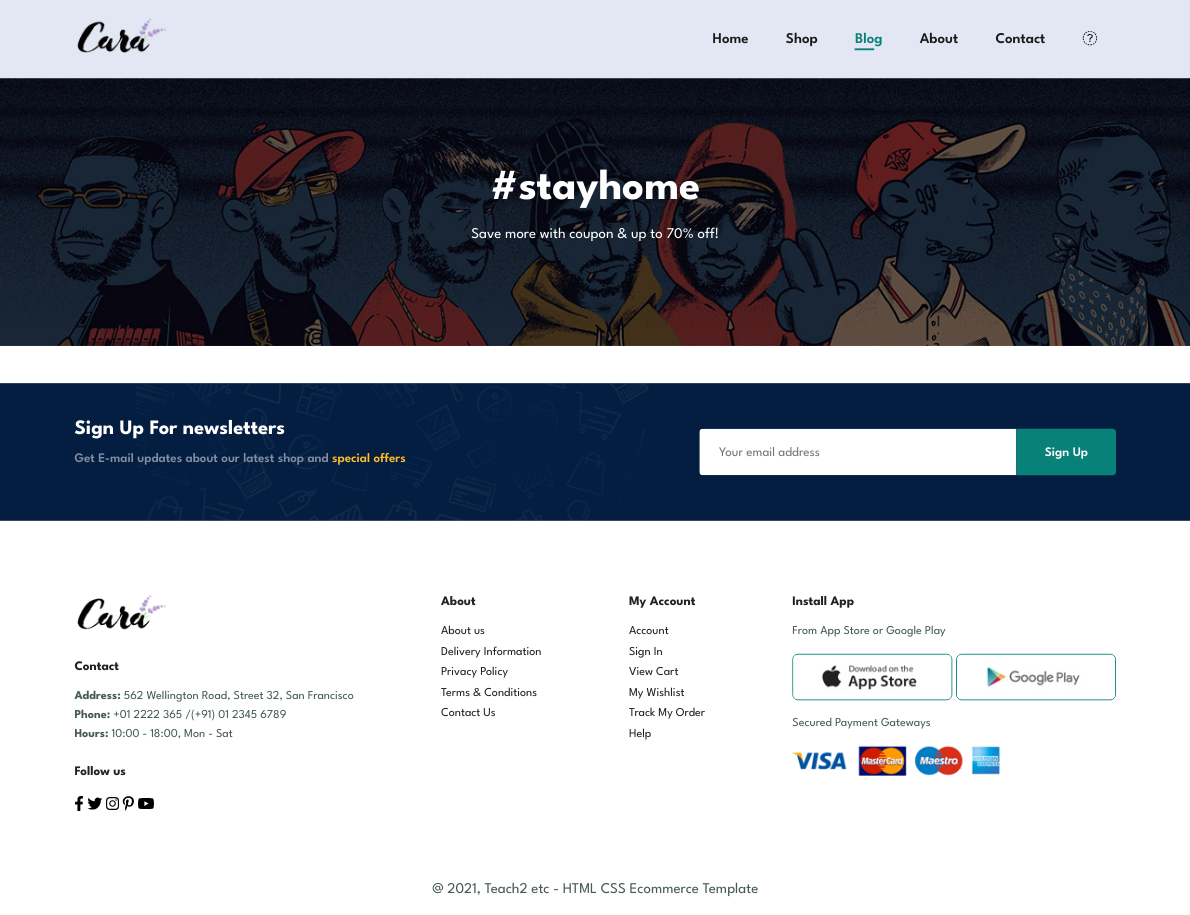
Repository: quy261001/cara
Page: blog.html
These files come from the project's save history. The page is drawn as it stood at one moment and after the next save; the edit follows.
The browser window is 1280 px wide. The pictures show the whole page, at 93% of full size.

Above is the page before, as saved 2022-05-03 22:02:42.

After the next save:
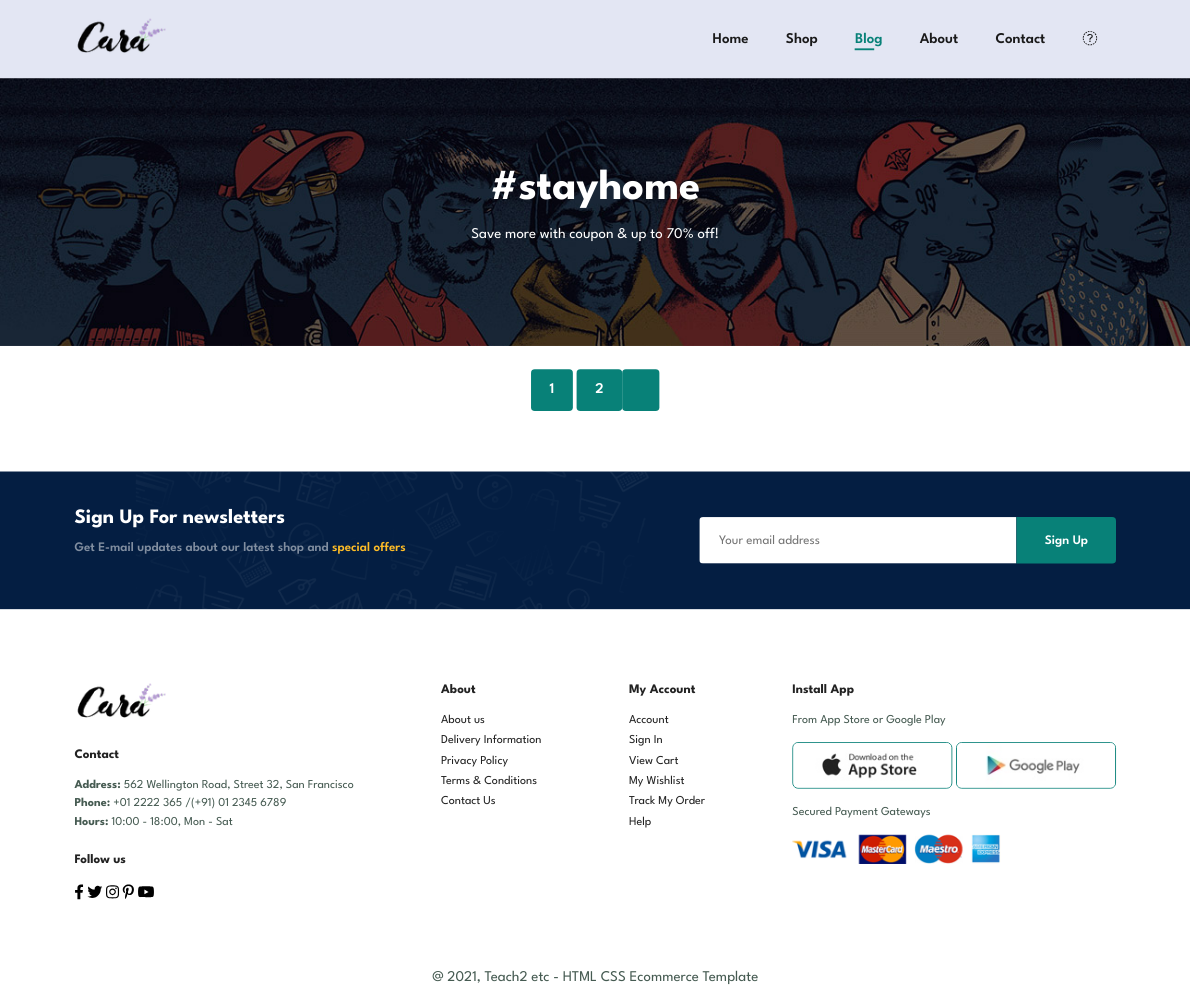
Saved 2 min 7 s later.
--- a/blog.html
+++ b/blog.html
@@ -33,6 +33,12 @@
   <section class="page-header">
     <h2>#stayhome</h2>
     <p>Save more with coupon & up to 70% off!</p>
+  </section>
+
+  <section class="pagination section-p1">
+    <a href="#">1</a>
+    <a href="#">2</a>
+    <a href="#"><i class="next fal fa-long-arrow-alt-right"></i></a>
   </section>
 
   <section class="newsletter section-p1 section-m1">
